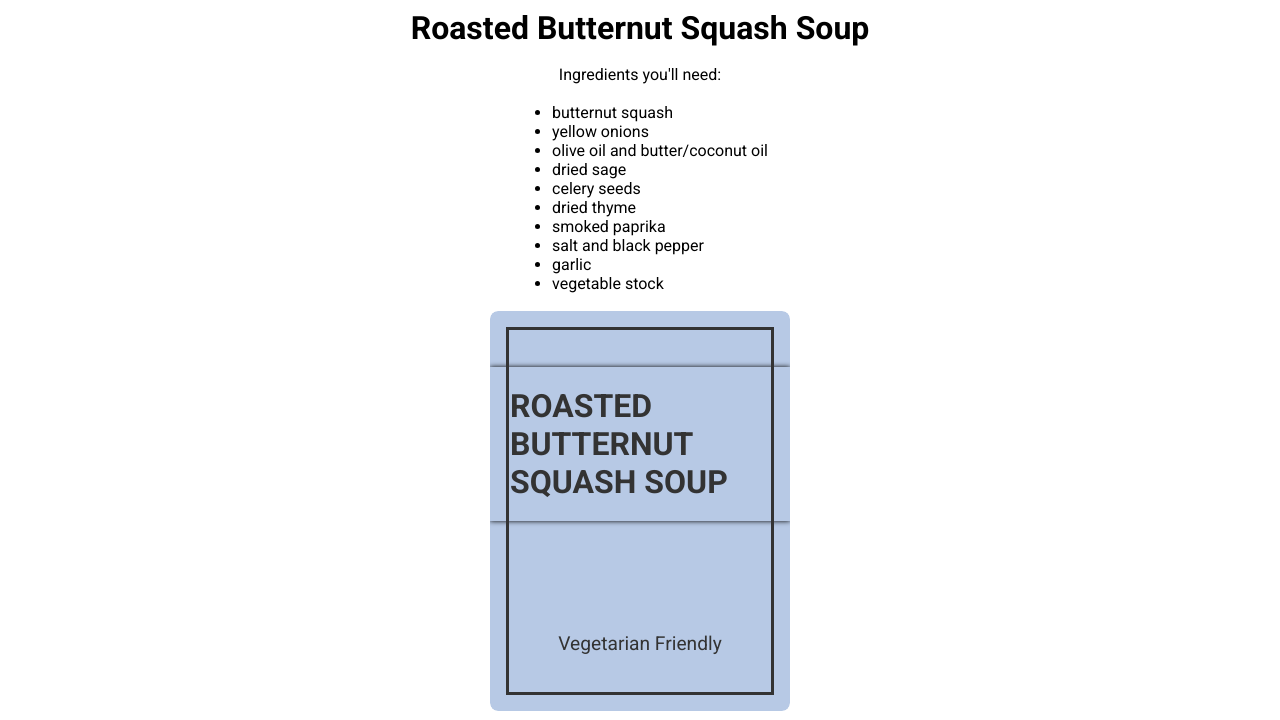
Repository: IDMX225/css-card-flip-LyssaMA
Page: src/index.html
These files come from the project's save history. The page is drawn as it stood at one moment and after the next save; the edit follows.
The browser window is 1280 px wide. The pictures show the whole page.
The style sheet was rebuilt from its Sass, Less or Tailwind sources for each picture, by a compiler version that may differ from the author's.

Above is the page before, as saved 2024-11-12 19:28:24.
Not found: src/js/index.js

After the next save:
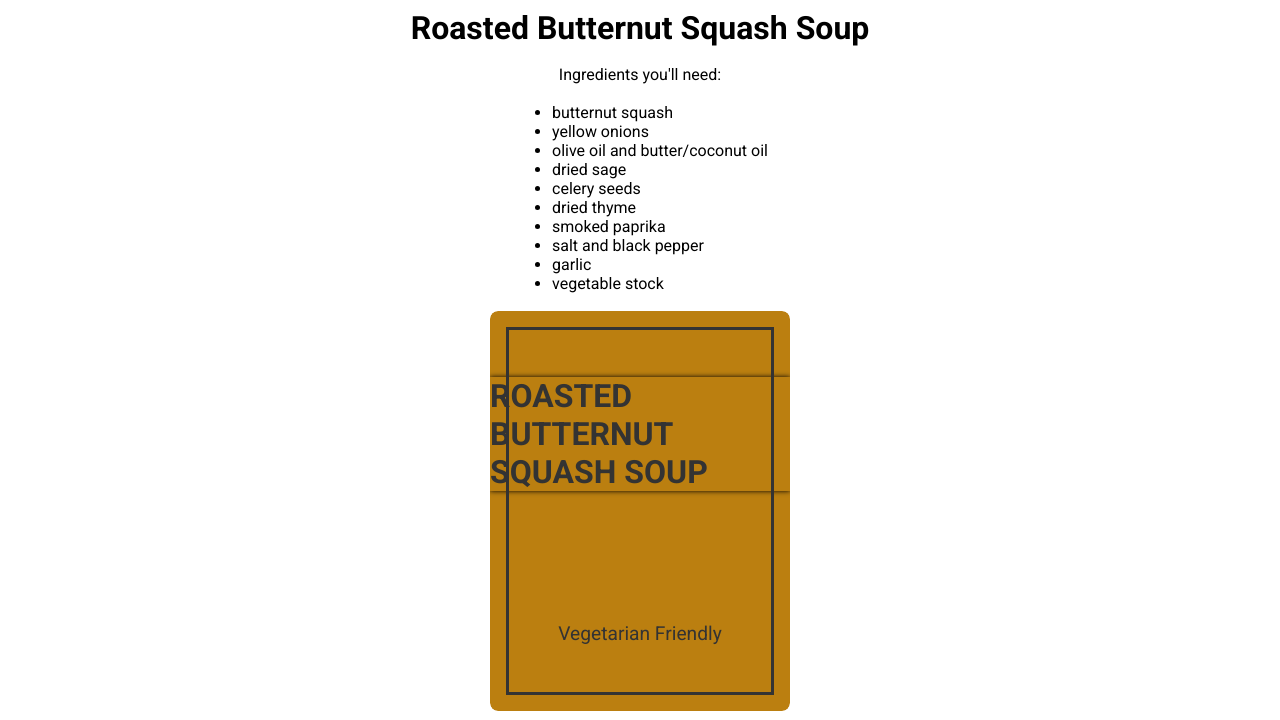
Saved 88 s later.
--- a/src/sass/main.scss
+++ b/src/sass/main.scss
@@ -6,7 +6,7 @@
   --level-three: translateZ(9rem);
   --fw-normal: 400;
   --fw-bold: 700;
-  --clr: #b7c9e5;
+  --clr: #bb7f10;
   --clr-dark: #333;
   --font-family: 'Roboto', sans-serif;
 }
@@ -81,7 +81,6 @@ body {
   text-transform: uppercase;
   color: #333;
   box-shadow: 0 0 5px black;
-  padding: 20px;
 }
 
 .card__subtitle {
